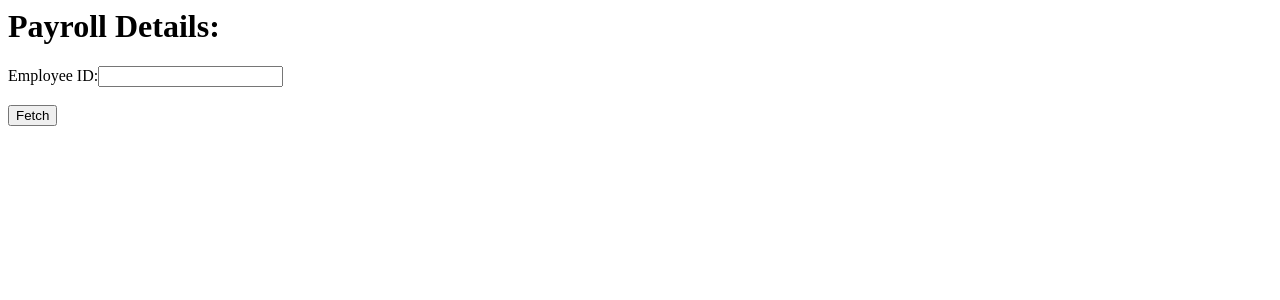
Repository: likhitha99/SpringFramework
Page: http://localhost/SpringRESTEmployee/
These files come from the project's save history. The page is drawn as it stood at one moment and after the next save; the edit follows.
The browser window is 1280 px wide. The pictures show the whole page.
The page is served by Tomcat 9.

Above is the page before, as saved 2020-11-13 09:06:37.

After the next save:
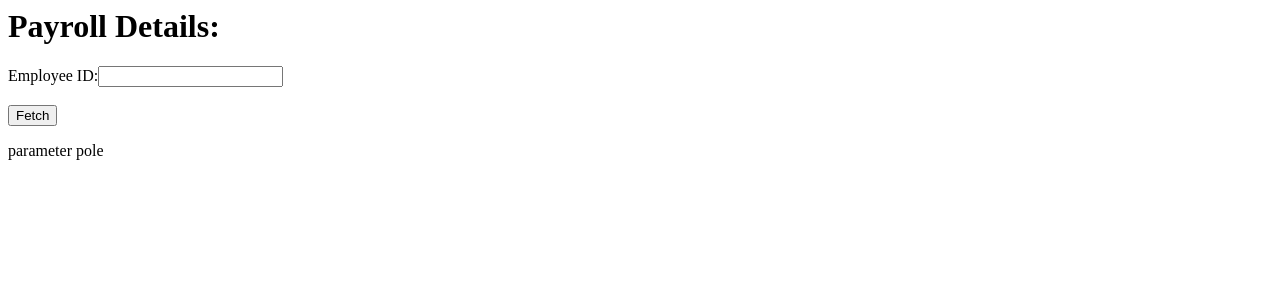
Saved 48 s later.
--- a/SpringRest/SpringRESTEmployee/WebContent/index.jsp
+++ b/SpringRest/SpringRESTEmployee/WebContent/index.jsp
@@ -1,7 +1,9 @@
 <h1>Payroll Details: </h1>
 
 <form action="payroll" method="get">
-Employee ID:<input type="number" /><br/><br/>
+Employee ID:<input type="number" name=""/><br/><br/>
 
 <input type="submit" value="Fetch"/>
 </form>
+
+parameter pole

After the save that followed:
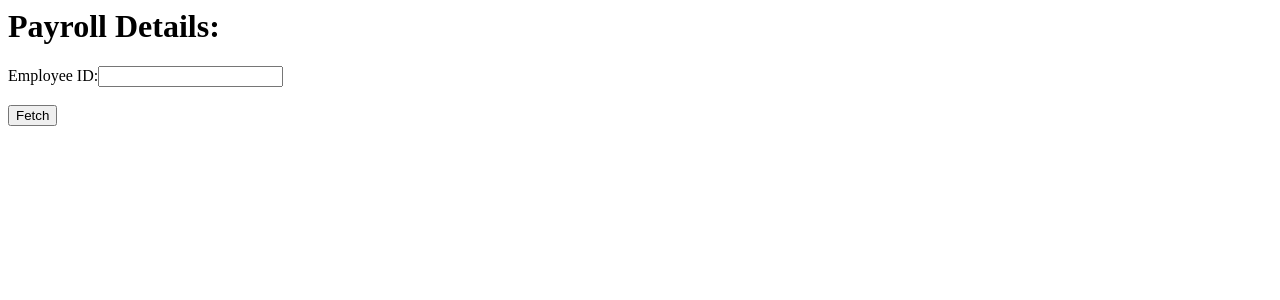
Saved 12 s later.
--- a/SpringRest/SpringRESTEmployee/WebContent/index.jsp
+++ b/SpringRest/SpringRESTEmployee/WebContent/index.jsp
@@ -5,5 +5,3 @@
 
 <input type="submit" value="Fetch"/>
 </form>
-
-parameter pole
